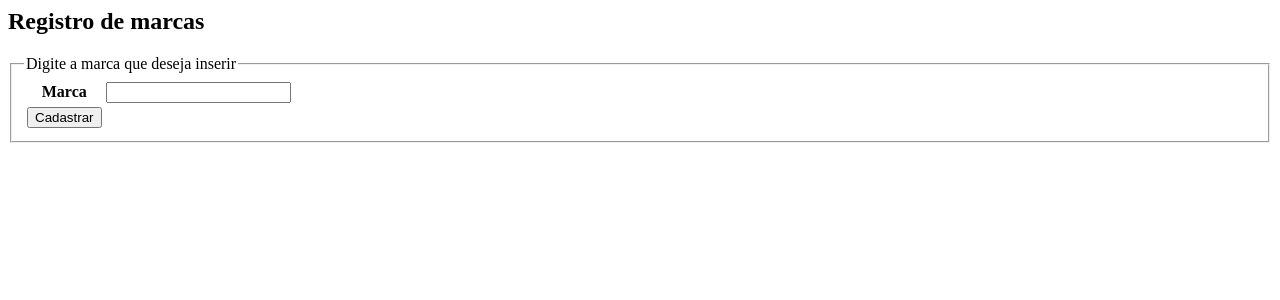
Repository: alysonrode/ProjetoTrilhaWeb
Page: ProjetoTrilhaWeb/WebContent/pages/admin/brands/index.html
The author's editor kept a copy of each file at every save. The page is drawn from the files as they stood at one save, then again after the next save.
The browser window is 1280 px wide. The pictures show the whole page.

Above is the page before, as saved 2019-10-30 00:53:49.

After the next save:
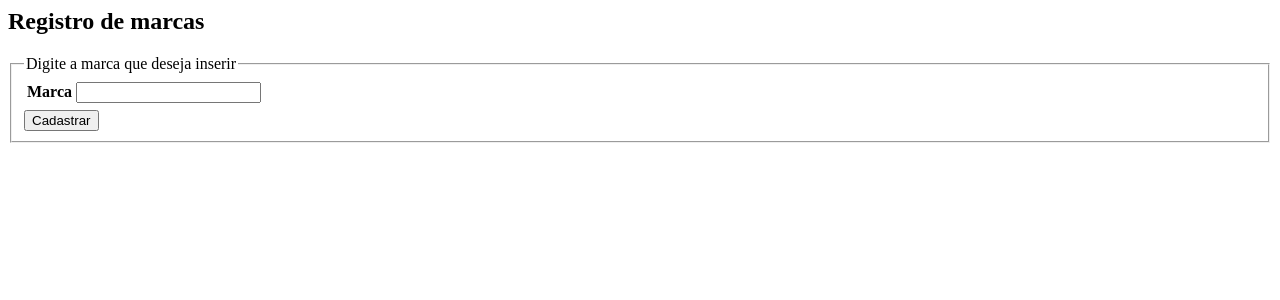
Saved 83 s later.
--- a/ProjetoTrilhaWeb/WebContent/pages/admin/brands/index.html
+++ b/ProjetoTrilhaWeb/WebContent/pages/admin/brands/index.html
@@ -12,10 +12,11 @@
             </tr>
             <tr>
             <td>
-            	<button type="button"> Cadastrar </button>
+
             </td>
             </tr>
   	</table>
+	            	<button type="button"> Cadastrar </button>
  </fieldset>
 
 </form>
